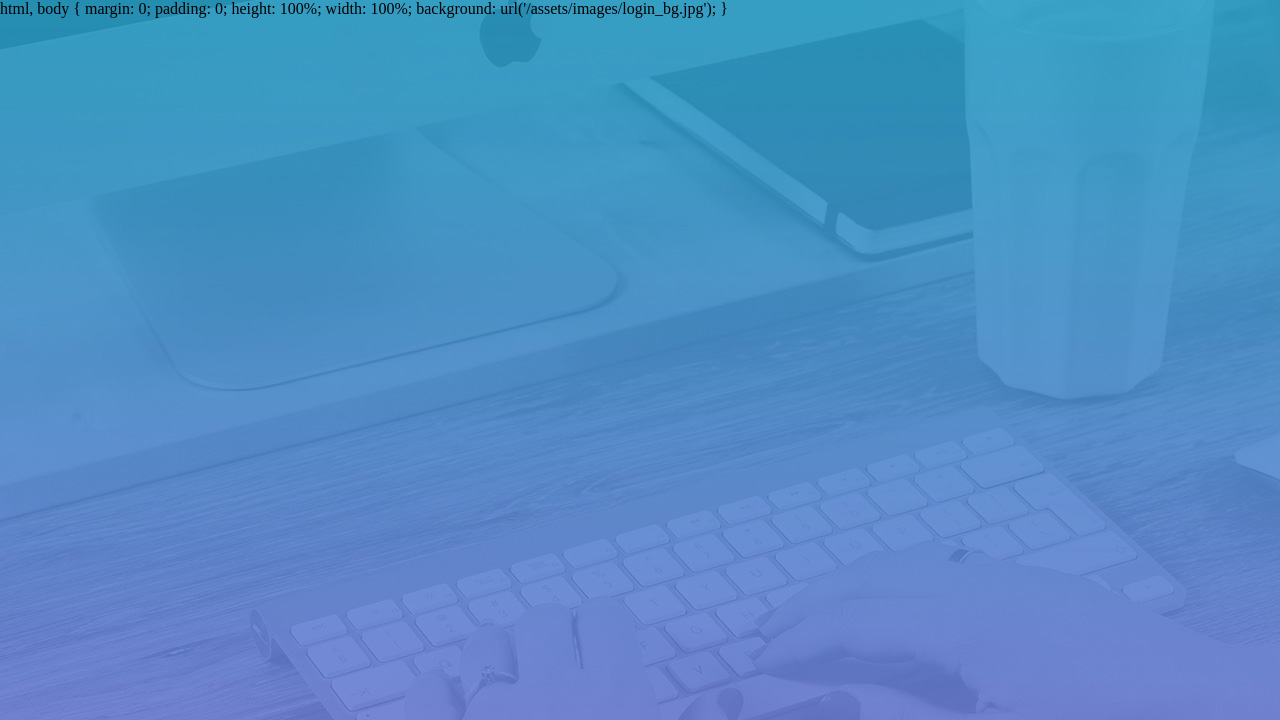
Repository: R1Deemo/Main-project
Page: login.html
These files come from the project's save history. The page is drawn as it stood at one moment and after the next save; the edit follows.
The browser window is 1280 px wide. The pictures show the whole page.

Above is the page before, as saved 2022-10-28 18:44:32.

After the next save:
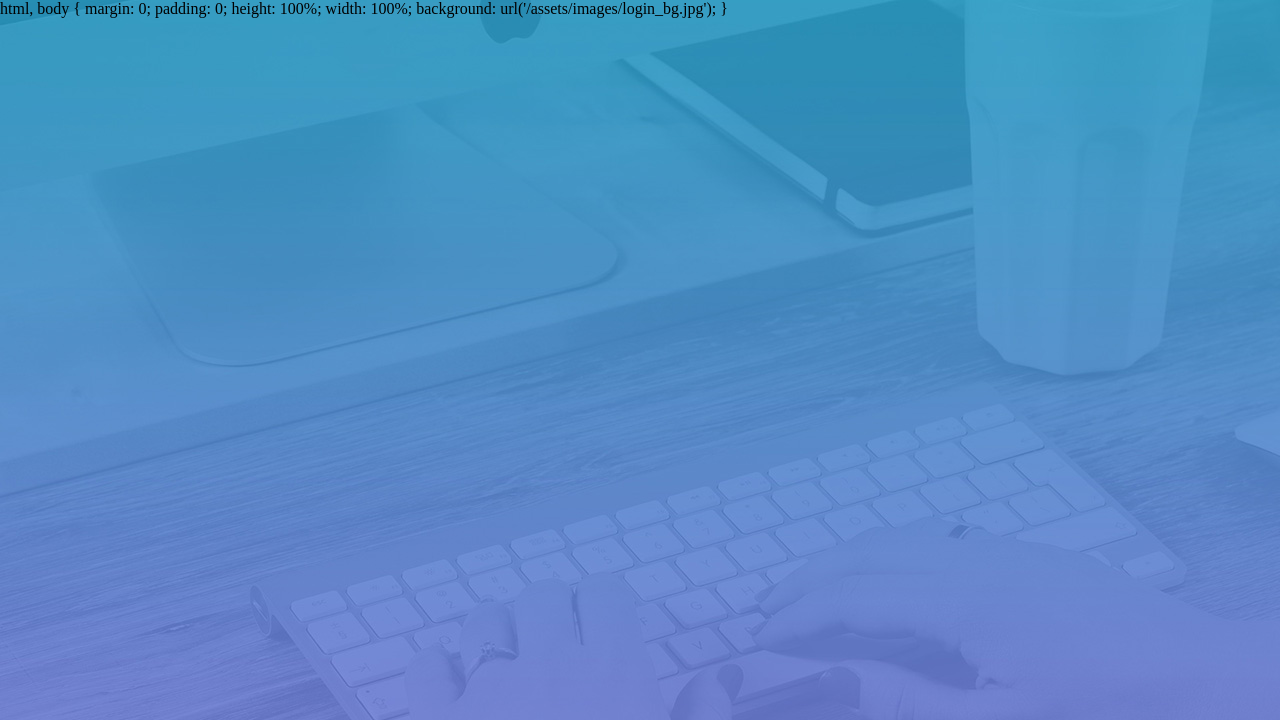
Saved 76 s later.
--- a/assets/css/login.css
+++ b/assets/css/login.css
@@ -4,5 +4,6 @@ body {
     padding: 0;
     height: 100%;
     width: 100%;
-    background: url('/assets/images/login_bg.jpg');
+    background: url('/assets/images/login_bg.jpg') no-repeat center;
+    background-size: cover;
 }
